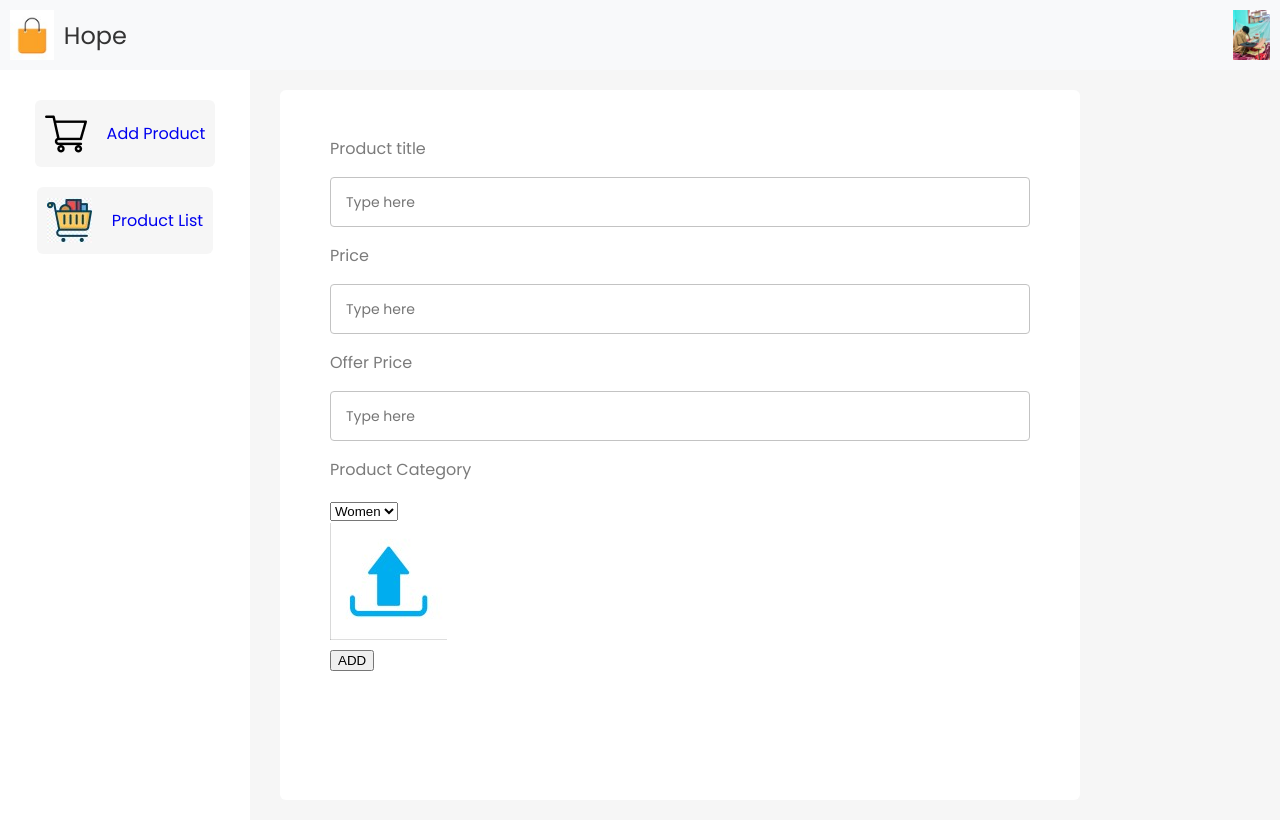
Repository: ititiu20201/Shopping-Online
Page: /addproduct (app in admin/)
The author's editor kept a copy of each file at every save. The page is drawn from the files as they stood at one save, then again after the next save.
The browser window is 1280 px wide. The pictures show the whole page.
The project was rebuilt for these pictures with package versions that can differ from the ones it lists, and the page was loaded fresh each time. Also part of the build but not shown: Admin/vite.config.js, admin/src/Components/Listproduct/Listproduct.css, admin/src/Components/Listproduct/Listproduct.jsx.

Above is the page before, as saved 2024-06-18 21:56:18.

### admin/index.html
<!DOCTYPE html>
<html lang="en">
  <head>
    <meta charset="UTF-8" />
    <link rel="icon" type="image/svg+xml" href="/vite.svg" />
    <link rel="preconnect" href="https://fonts.googleapis.com" />
    <link rel="preconnect" href="https://fonts.gstatic.com" crossorigin />
    <link
      href="https://fonts.googleapis.com/css2?family=Poppins&display=swap"
      rel="stylesheet"
    />
    <meta name="viewport" content="width=device-width, initial-scale=1.0" />
    <title>Admin Panel</title>
  </head>
  <body>
    <div id="root"></div>
    <script type="module" src="/src/main.jsx"></script>
  </body>
</html>

### admin/src/App.jsx
// import { useState } from 'react'
// import reactLogo from './assets/react.svg'
// import viteLogo from '/vite.svg'
// import './App.css'
//import React from 'react'
import Navbar from "./Components/Navbar/Navbar";
import Admin from "./Pages/Admin/Admin";

const App = () => {
  return (
    <div>
      <Navbar />
      <Admin />
    </div>
  );
};
export default App;

### admin/src/index.css
body {
  margin: 0;
  font-family: "Poppins";
  background-color: #f6f6f6;
  height: 100vh;
}

### admin/src/Components/Navbar/Navbar.jsx
import "./Navbar.css";
import navlogo from "../../assets/Screenshot 2024-06-18 at 18.22.25.jpg";
import navProfile from "../../assets/Huy ngu.jpg";

const Navbar = () => {
  return (
    <div className="navbar">
      <img src={navlogo} alt="Logo" className="nav-logo" />
      <p>Hope</p>
      <img src={navProfile} alt="Profile" className="nav-profile" />
    </div>
  );
};

export default Navbar;

### admin/src/Pages/Admin/Admin.jsx
import "./Admin.css";
import Sidebar from "../../Components/Sidebar/Sidebar";
import { Routes, Route } from "react-router-dom";
import Addproduct from "../../Components/Addproduct/Addproduct";
import Listproduct from "../../Components/Listproduct/Listproduct";

const Admin = () => {
  return (
    <div className="admin">
      <Sidebar />
      <Routes>
        <Route path="/addproduct" element={<Addproduct />} />
        <Route path="/listproduct" element={<Listproduct />} />
      </Routes>
    </div>
  );
};
export default Admin;

### admin/src/Components/Navbar/Navbar.css
.navbar {
  display: flex;
  align-items: center;
  padding: 10px;
  background-color: #f8f9fa;
}

.nav-logo {
  height: 50px;
  margin-right: 10px;
}

.nav-profile {
  height: 50px;
  margin-left: auto;
}

.navbar p {
  margin: 0;
  font-size: 1.5em;
  color: #333;
}

@media (max-width: 800px) {
  .navbar {
    padding: 15px 30px;
  }

  .nav-logo {
    width: 150px;
  }

  .nav-profile {
    width: 60px;
  }
}

### admin/src/Components/Sidebar/Sidebar.jsx
import "./Sidebar.css";
import { Link } from "react-router-dom";
import add_Product_icon from "../../assets/cart_icon.png";
import list_product_icon from "../../assets/png-clipart-computer-icons-online-shopping-shopping-cart-service-shopping-cart-icon-text-service-thumbnail (2).jpg";

const Sidebar = () => {
  return (
    <div className="sidebar">
      <Link to={"/addproduct"} style={{ textDecoration: "none" }}>
        <div className="sidebar-item">
          <img src={add_Product_icon} alt="" />
          <p>Add Product</p>
        </div>
      </Link>
      <Link to={"/listproduct"} style={{ textDecoration: "none" }}>
        <div className="sidebar-item">
          <img src={list_product_icon} alt="" />
          <p>Product List</p>
        </div>
      </Link>
    </div>
  );
};
export default Sidebar;

### admin/src/Components/Addproduct/Addproduct.jsx
import "./Addproduct.css";
import upload_area from "../../assets/Screenshot 2024-06-18 at 21.45.48.jpg";

const Addproduct = () => {
  return (
    <div className="add-product">
      <div className="addproduct-itemfield">
        <p>Product title</p>
        <input type="text" name="name" placeholder="Type here" />
      </div>
      <div className="addproduct-price">
        <div className="addproduct-itemfield">
          <p>Price</p>
          <input type="text" name="old_price" placeholder="Type here" />
        </div>
        <div className="addproduct-itemfield">
          <p>Offer Price</p>
          <input type="text" name="new_price" placeholder="Type here" />
        </div>
      </div>
      <div className="addproduct-itemfield">
        <p>Product Category</p>
        <select name="category" className="Tadd-product-selector">
          <option value="women">Women</option>
          <option value="men">Men</option>
          <option value="kid">Kid</option>
        </select>
      </div>
      <div className="addproduct-itemfield">
        <label htmlFor="file-input">
          <img src={upload_area} className="addproduct-thumnail-img" alt="" />
        </label>
        {/* <input type="file" name="image" id="file-input" hidden /> */}
      </div>
      <button className="addproduct-btn">ADD</button>
    </div>
  );
};

export default Addproduct;

### admin/src/Components/Sidebar/Sidebar.css
.sidebar {
  display: flex;
  flex-direction: column;
  padding-top: 30px;
  gap: 20px;
  width: 100%;
  max-width: 250px;
  height: 100vh;
  background: white;
}
.sidebar-item {
  display: flex;
  align-items: center;
  justify-self: center;
  margin: 0px 20px;
  padding: 5px 10px;
  border-radius: 6px;
  background: #f6f6f6;
  gap: 20px;
  cursor: pointer;
}
@media (max-width: 800px) {
  .sidebar {
    padding: 30px 0px;
    flex-direction: row;
    width: 100%;
    max-width: none;
    height: auto;
    justify-content: center;
  }
}

### admin/src/Components/Addproduct/Addproduct.css
.add-product {
  box-sizing: border-box;
  width: 100%;
  max-width: 800px;
  padding: 30px 50px;
  margin: 20px 30px;
  border-radius: 6px;
  background-color: white;
}
.addproduct-itemfield {
  width: 100%;
  color: #7b7b7b;
  font-size: 16px;
}
.addproduct-itemfield input {
  box-sizing: border-box;
  width: 100%;
  height: 50px;
  border-radius: 4px;
  padding-left: 15px;
  border: 1px solid #c3c3c3;
  outline: none;
  color: #7b7b7b;
  font-family: "Poppins";
  font-size: 14px;
}

Loaded but not shown: admin/src/main.jsx (common file); admin/src/Pages/Admin/Admin.css (common file)

After the next save:
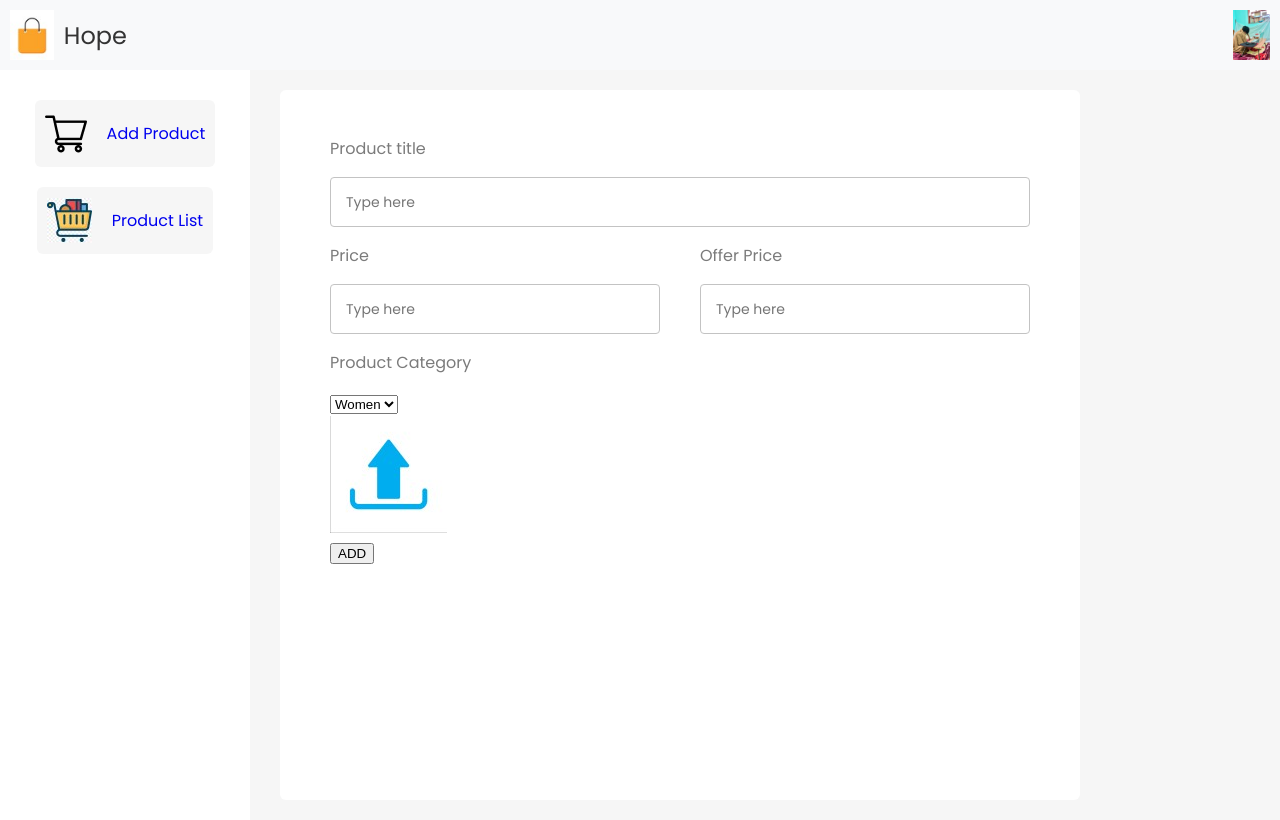
Saved 53 s later.
--- a/admin/src/Components/Addproduct/Addproduct.css
+++ b/admin/src/Components/Addproduct/Addproduct.css
@@ -24,3 +24,7 @@
   font-family: "Poppins";
   font-size: 14px;
 }
+.addproduct-price {
+  display: flex;
+  gap: 40px;
+}
